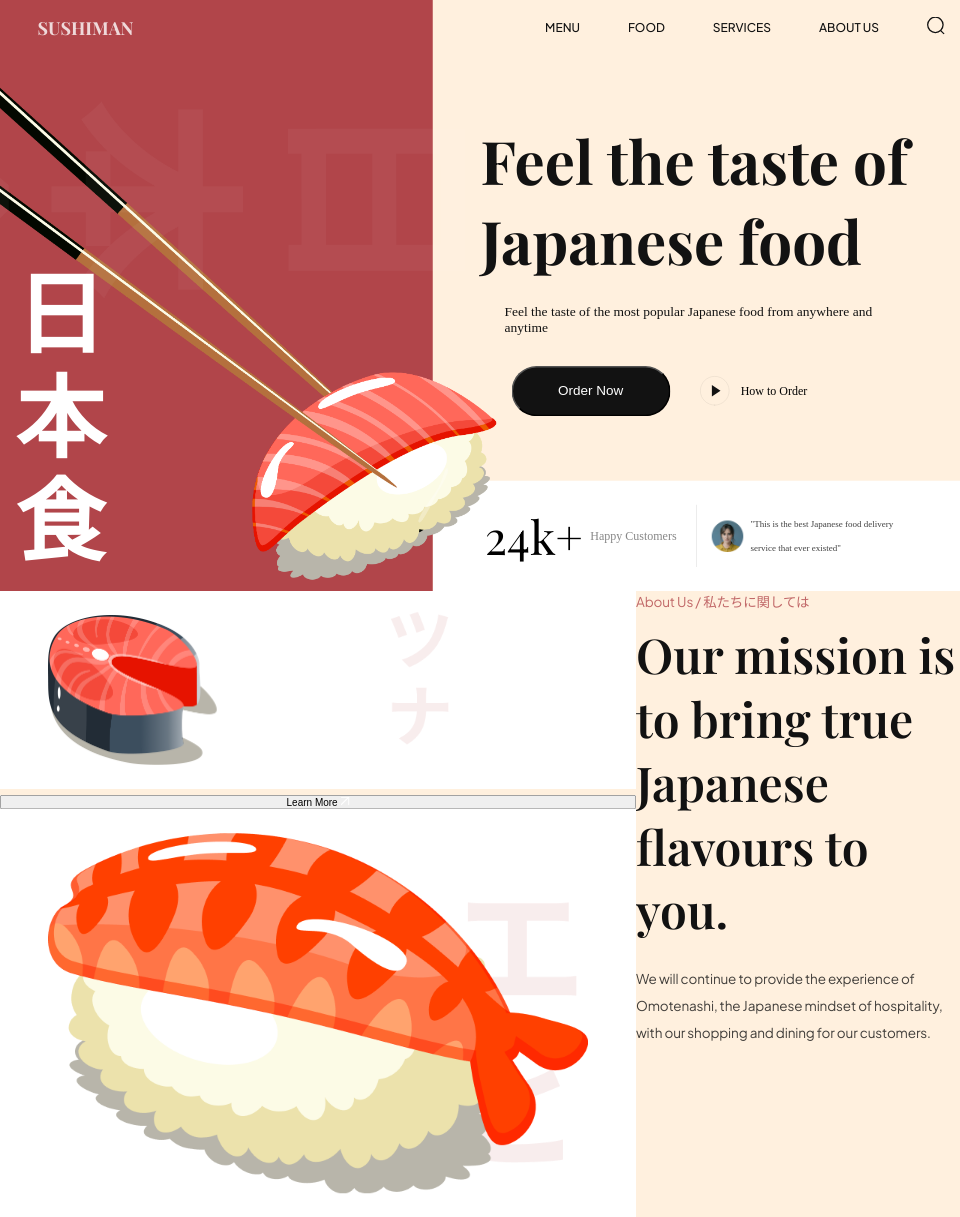
Repository: echoyol/sushiWebsite
Page: index.html
The author's editor kept a copy of each file at every save. The page is drawn from the files as they stood at one save, then again after the next save.
The browser window is 1280 px wide. The pictures show the whole page, at 75% of full size.

Above is the page before, as saved 2023-06-04 15:17:20.

### index.html
<!DOCTYPE html>
<html lang="en">
  <head>
    <meta charset="UTF-8" />
    <meta
      http-equiv="X-UA-Compatible"
      content="IE=edge"
    />
    <meta
      name="viewport"
      content="width=device-width, initial-scale=1.0"
    />
    <link
      rel="icon"
      type="image/png"
      href="/public/sushi.png"
    />
    <link
      rel="stylesheet"
      href="/css/style.css"
    />
    <title>Sushiman</title>
  </head>
  <body>
    <header>
      <nav class="header_nav">
        <div class="header__logo">
          <h4>Sushiman</h4>
          <div class="header__logo-overlay"></div>
        </div>
        <ul class="header__menu">
          <li>
            <a href="#menu">Menu</a>
          </li>
          <li>
            <a href="#food">Food</a>
          </li>
          <li>
            <a href="#services">Services</a>
          </li>
          <li>
            <a href="#about-us">About Us</a>
          </li>
          <li>
            <img
              src="assets/search.svg"
              alt="search"
            />
          </li>
        </ul>
        <ul class="header__menu-mobile">
          <li>
            <img
              src="assets/menu.svg"
              alt="menu"
            />
          </li>
        </ul>
      </nav>
    </header>

    <section class="hero">
      <div class="hero-image">
        <img
          src="assets/sushi-1.png"
          alt="sushi"
        />
        <h2>
          日<br />
          本<br />
          食
        </h2>

        <div class="hero-image__overlay"></div>
      </div>

      <div class="hero-content">
        <div class="hero-content-info">
          <h1>Feel the taste of Japanese food</h1>
          <p>
            Feel the taste of the most popular Japanese food from anywhere and
            anytime
          </p>

          <div class="hero-content__buttons">
            <button class="hero-content__order-button">Order Now</button>
            <button class="hero-content__play-button">
              <img
                src="assets/play-circle.svg"
                alt="play"
              />
              How to Order
            </button>
          </div>
        </div>
        <div class="hero-content__testimonial">
          <div class="hero-content__customer flex-center">
            <h4>24<span>k+</span></h4>
            <p>Happy Customers</p>
          </div>

          <div class="hero-content__review">
            <img
              src="assets/user.png"
              alt="user"
            />
            <p>
              "This is the best Japanese food delivery service that ever
              existed"
            </p>
          </div>
        </div>
      </div>
    </section>

    <section
      class="about-us"
      id="about-us"
    >
      <div class="about-us__image">
        <div class="about-us__image-sushi3">
          <img
            src="assets/sushi-3.png"
            alt="sushi"
          />
        </div>

        <button class="about-us__button">
          Learn More

          <img
            src="assets/arrow-up-right.svg"
            alt="learn more"
          />
        </button>

        <div class="about-us__image-sushi2">
          <img
            src="assets/sushi-2.png"
            alt="sushi"
          />
        </div>
      </div>

      <div class="about-us__content">
        <p class="sushi__subtitle">About Us / 私たちに関しては</p>
        <h3 class="sushi__title">
          Our mission is to bring true Japanese flavours to you.
        </h3>
        <p class="sushi__description">
          We will continue to provide the experience of Omotenashi, the Japanese
          mindset of hospitality, with our shopping and dining for our
          customers.
        </p>
      </div>
    </section>
    <script
      src="js/script.js"
      type="module"
    ></script>
  </body>
</html>

### css/style.css
@import url('https://fonts.googleapis.com/css2?family=Playfair+Display:wght@400;500;600;700;800;900&display=swap');
@import url('https://fonts.googleapis.com/css2?family=Plus+Jakarta+Sans:wght@200;300;400;500;600;700;800&display=swap');

/* other css file imports */
@import url('sections/header.css');
@import url('sections/hero.css');
@import url('sections/about.css');
@import url('sections/popular.css');
@import url('sections/trending.css');
@import url('sections/subscribe.css');
@import url('sections/footer.css');

/* CSS variables for reusablity across all files (including above imported) */
:root {
  --playfair-display: 'Playfair Display', serif;
  --plus-jakarta-sans: 'Plus Jakarta Sans', sans-serif;

  --primary-color: #b1454a;
  --secondary-color: #121212;

  --black-200: #020202;
  --black-300: #333333;
  --black-400: #1f1e31;
  --black-500: #555555;
  --gray-100: #888888;

  --color-white: #fff;
  --color-creamson: #fff0de;
}

* {
  margin: 0;
  padding: 0;
  box-sizing: border-box;
  scroll-behavior: smooth;
}

body {
  max-width: 1280px;
  margin: 0 auto;
  background-color: var(--color-creamson);
}

a {
  text-decoration: none;
  color: inherit;
}

.flex-center {
  display: flex;
  justify-content: center;
  align-items: center;
}

.flex-between {
  display: flex;
  justify-content: space-between;
  align-items: center;
}

.sushi__subtitle {
  font-size: 18px;
  font-weight: 400;
  font-family: var(--plus-jakarta-sans);

  color: var(--primary-color);
  opacity: 0.8;

  letter-spacing: -0.01em;
}

.sushi__title {
  font-size: 64px;
  font-weight: 600;
  font-family: var(--playfair-display);

  color: var(--secondary-color);

  margin-top: 16px;
}

.sushi__description {
  font-size: 18px;
  font-weight: 400;
  font-family: var(--plus-jakarta-sans);

  line-height: 36px;
  letter-spacing: -0.01em;

  color: var(--secondary-color);
  opacity: 0.8;

  margin: 32px 0px;
}

/* Hide scrollbar for Chrome, Safari and Opera */
.sushi__hide-scrollbar::-webkit-scrollbar {
  display: none;
}

/* Hide scrollbar for IE, Edge and Firefox */
.sushi__hide-scrollbar {
  -ms-overflow-style: none; /* IE and Edge */
  scrollbar-width: none; /* Firefox */
}

/* START: about us media queries */
@media screen and (max-width: 1024px) {
  .about-us {
    flex-direction: column;
  }

  .about-us__image {
    flex-direction: row;
  }

  .about-us__image-sushi3 {
    border-bottom: none;
    border-right: 8px solid var(--color-creamson);
  }

  .about-us__button {
    display: none;
  }
}

@media screen and (max-width: 750px) {
  .about-us__image {
    flex-direction: column;
  }

  .about-us__image-sushi3 {
    border-bottom: 8px solid var(--color-creamson);
    border-right: none;
  }

  .about-us__button {
    display: block;
    top: 47%;
  }
}

@media screen and (max-width: 550px) {
  .about-us__image-sushi2 img,
  .about-us__image-sushi3 img {
    width: 50%;
    height: 160px;

    object-fit: contain;
  }

  .about-us__image div {
    padding: 32px;
  }

  .about-us__button {
    top: 44%;
  }

  .about-us__content {
    padding: 32px;
  }
}
/* END: about us media queries */

/* START: header media querie */
@media screen and (max-width: 900px) {
  .header__nav {
    background: var(--primary-color);
  }

  .header__menu {
    display: none;
  }

  .header__menu-mobile {
    display: flex;
  }
}

@media screen and (max-width: 550px) {
  .header__logo {
    padding-left: 0;
  }
}
/* END: header media queries */

/* START: hero media queries */
@media screen and (max-width: 1060px) {
  .hero {
    flex-direction: column;
  }

  .hero-image img {
    width: 100%;

    transform: matrix(1, 0.05, 0, 1.25, 0, 0) !important;
  }
}

@media screen and (max-width: 750px) {
  .hero-image h2 {
    font-size: 70px;
    line-height: 90px;
  }
}

@media screen and (max-width: 550px) {
  .hero-image h2 {
    font-size: 40px;
    line-height: 60px;
  }

  .hero-content-info {
    padding: 32px;
  }

  .hero-content-info h1 {
    font-size: 60px;
  }

  .hero-content-info p {
    margin: 32px 0;
  }

  .hero-content__buttons {
    margin: 41px 0;
  }

  .hero-content__testimonial {
    padding: 32px;
  }
}
/* END: hero media queries */

/* START: popular media queries */
@media screen and (max-width: 550px) {
  .popular-foods {
    padding: 64px 32px;
  }

  .popular-foods__card,
  .popular-foods__card.active-card {
    min-width: 100%;
  }
}
/* END: popular media queries */

/* START: subscribe media queries */
@media screen and (max-width: 550px) {
  .subscription {
    padding: 64px 32px;
  }

  .subscription h2 {
    font-size: 68px;
    line-height: 100px;
  }

  .subscription__form {
    flex-direction: column;
    gap: 20px;

    min-width: 100%;
    border-radius: 20px;
    padding: 0;

    border: none;
  }

  .subscription__form input {
    min-height: 50px;

    border: 1px solid rgba(255, 255, 255, 0.5);
    padding: 10px 20px;
    border-radius: 30px;
  }

  .subscription__form button {
    min-width: 100%;
  }
}
/* END: subscribe media queries */

/* START: trending media queries */
@media screen and (max-width: 1024px) {
  .trending-sushi {
    flex-direction: column;
  }

  .trending-drink {
    flex-direction: column-reverse;
  }

  .trending__image {
    width: 100%;
    background-size: cover;
  }

  .trending__discover {
    display: none;
  }

  .trending__arrow {
    display: none;
  }
}

@media screen and (max-width: 550px) {
  .trending__image img {
    width: 70%;
    height: 70%;
  }

  .trending__content {
    padding: 32px;
  }
}
/* END: trending media queries */

### js/script.js
// import AOS from 'aos'
// import 'aos/dist/aos.css'

// // init AOS animation
// AOS.init({
//   duration: 1000,
//   offset: 100,
// })

### css/sections/header.css
.header_nav {
  display: flex;
  overflow: hidden;
}

.header__logo {
  flex: 1;
  display: flex;
  position: relative;
  padding: 20px;
}

.header__logo-overlay {
  position: absolute;
  inset: 0;
  width: 100%;
  background-color: var(--primary-color);
  z-index: -1;
}

.header__logo h4 {
  padding-left: 30px;
  font-weight: 700;
  font-size: 24px;
  text-transform: uppercase;
  font-family: var(--playfair-display);
  color: #fff;
  opacity: 0.8;
}

.header__menu,
.header__menu-mobile {
  padding: 20px;
  flex: 1.236;
  display: flex;
  align-items: center;
  justify-content: flex-end;
  gap: 64px;

  list-style: none;
}

.header__menu li {
  font-weight: 500;
  font-family: var(--plus-jakarta-sans);
  color: var(--secondary-color);
  font-size: 16px;
  text-transform: uppercase;
  line-height: 20px;
  cursor: pointer;
}

.header__menu li img {
  width: 24px;
  height: 24px;
  object-fit: contain;
}

.header__menu-mobile {
  display: none;
  gap: 20px;
  position: relative;
}

### css/sections/hero.css
.hero {
  display: flex;
  min-height: calc(100vh-74px);
  overflow: hidden;
}

.hero-image {
  flex: 1;
  display: flex;
  flex-direction: column;
  position: relative;
  z-index: 5;
}

.hero-image img {
  width: 120%;
  height: 100%;
  object-fit: contain;
}

.hero-image__overlay {
  position: absolute;
  inset: 0;
  width: 100%;
  background-color: var(--primary-color);
  z-index: -1;
}

.hero-image h2 {
  position: absolute;
  bottom: 0;
  padding: 20px;
  font-family: var(--playfair-diaplay);
  font-weight: 700;
  font-size: 120px;
  line-height: 138px;
  color: #fff;
}

.hero-content {
  flex: 1.22;
  display: flex;
  justify-content: space-between;
  flex-direction: column;
}

.hero-content-info {
  padding: 64px;
  flex: 1;
  display: flex;
  justify-content: center;
  flex-direction: column;
}

.hero-content-info h1 {
  font-size: 80px;
  font-weight: 600px;
  font-family: var(--playfair-display);
  color: var(--secondary-color);
}

.hero-content-info p {
  margin: 32px 0 0 32px;
  font-family: var(--plus-jakarta-sana);
  color: var(--secondary-color);
  font-size: 18px;
  font-weight: 400;
}

.hero-content__buttons {
  margin: 41px 0 0 41px;
  display: flex;
  flex-wrap: wrap;
  gap: 36px;
}

.hero-content__order-button {
  padding: 20px;
  border-radius: 36px;
  min-width: 212px;
  outline: none;
  background-color: var(--secondary-color);
  cursor: pointer;
  color: #fff;
  font-weight: 500;
  font-size: 18px;
  line-height: 23px;
}

.hero-content__play-button {
  border: none;
  outline: none;
  background: transparent;

  display: flex;
  align-items: center;

  font-size: 16px;
  line-height: 19px;
  color: var(--black-200);
  font-family: var(--plus-jakarta-sana);

  cursor: pointer;
}

.hero-content__play-button img {
  margin-right: 12px;

  width: 46px;
  height: 46px;
  object-fit: contain;
}

.hero-content__testimonial {
  padding: 32px 64px;

  display: flex;
  flex-wrap: wrap;
  gap: 20px;

  background: var(--color-white);
}

.hero-content__customer {
  flex: 1;
  gap: 10px;
}

.hero-content__customer h4 {
  font-size: 62px;
  font-weight: 400;
  font-family: var(--playfair-display);
}

.hero-content__customer p {
  font-size: 16px;
  font-weight: 400;
  font-family: var(--plus-jakarta-sana);
  color: var(--secondary-color);
  opacity: 0.5;
}

.hero-content__review {
  flex: 1;
  display: flex;
  align-items: center;
  gap: 10px;

  padding-left: 20px;
  border-left: 1px solid rgba(2, 2, 2, 0.1);
  min-width: 200px;
}
.hero-content__review img {
  width: 42px;
  height: 42px;
  object-fit: contain;
}

.hero-content__review p {
  font-size: 12px;
  font-weight: 400;
  line-height: 32px;
  font-family: var(--plus-jakarta-sana);
  color: var(--secondary-color);
  opacity: 0.8;
}

### css/sections/about.css
.about-us {
  display: flex;
  min-height: 720px;
  overflow: hidden;
}

.about-us__image {
  flex: 1;
  display: flex;
  flex-direction: column;
  justify-content: center;

  background: var(--color-white);

  position: relative;
}

.about-us__image div {
  padding: 32px 64px;

  flex: 1;
  display: flex;
  align-items: center;

  background-position: center;
  background-repeat: no-repeat;
  background-size: contain;
}

.about-us__image-sushi3 {
  border-bottom: 8px solid var(--color-creamson);

  background-image: url('../../assets/about_bg1.png');
}

.about-us__image-sushi2 {
  background-image: url('../../assets/about_bg2.png');
}

.about-us__image-sushi3 img {
  width: 225px;
  height: 200px;
}

Loaded but not shown: css/sections/popular.css (no stored copy; drawn as an empty file); css/sections/trending.css (no stored copy; drawn as an empty file); css/sections/subscribe.css (no stored copy; drawn as an empty file); css/sections/footer.css (no stored copy; drawn as an empty file)

After the next save:
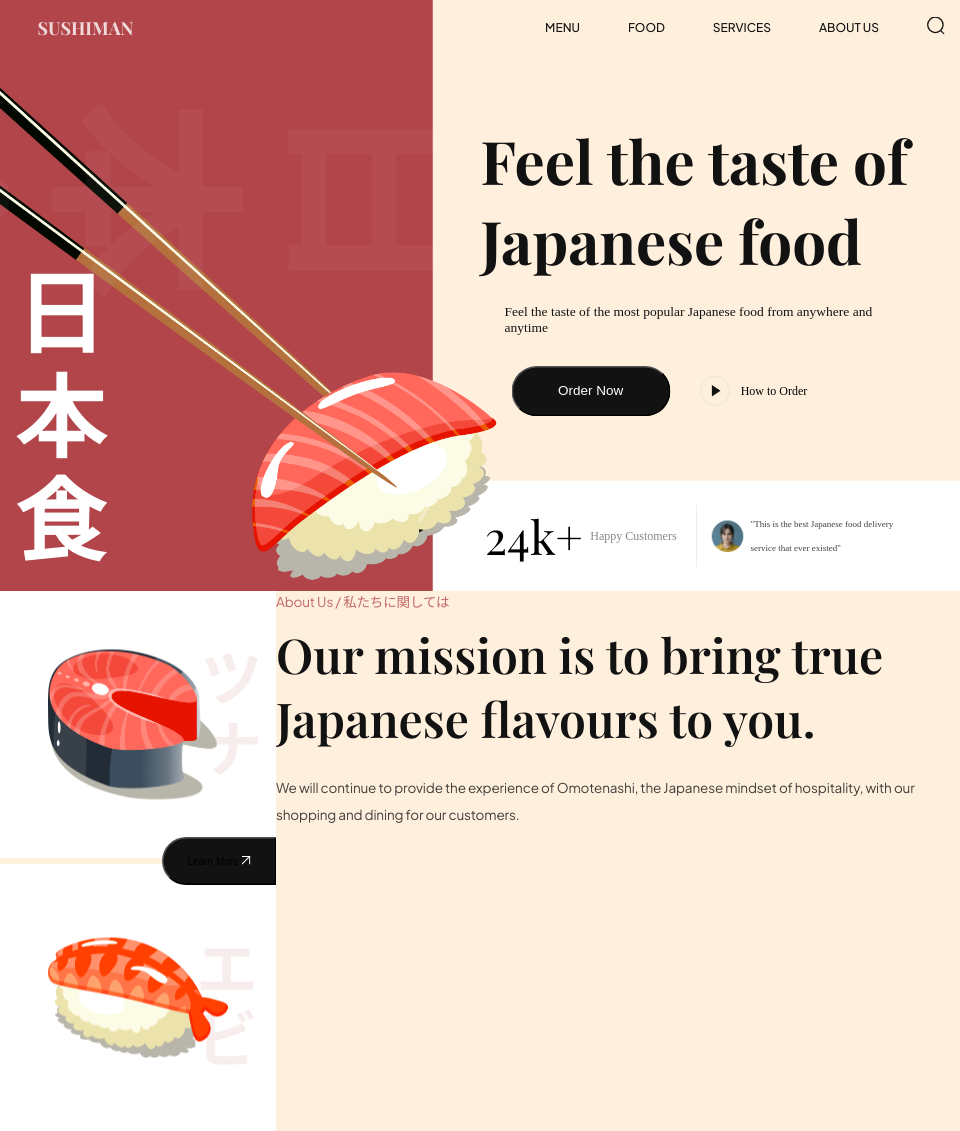
Saved 57 min 20 s later.
--- a/css/sections/about.css
+++ b/css/sections/about.css
@@ -41,3 +41,19 @@
   width: 225px;
   height: 200px;
 }
+
+.about-us__image-sushi2 img {
+  width: 240px;
+  height: 160px;
+}
+
+.about-us__button {
+  position: absolute;
+  right: 0;
+
+  padding: 12px 32px;
+  min-height: 64px;
+
+  background: var(--secondary-color);
+  border-radius: 32px 0 0 32px;
+}
